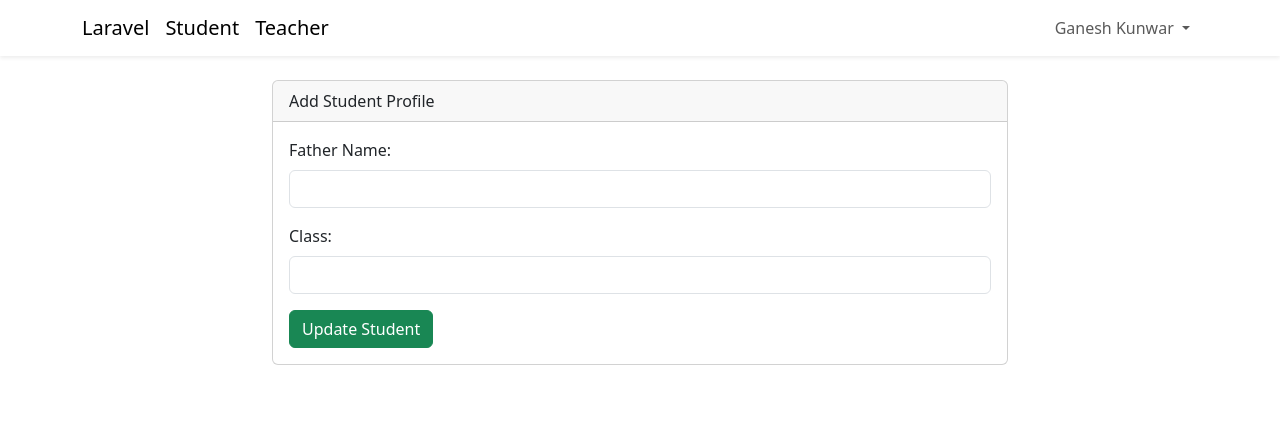
Repository: kunwarganesh07/Example
Page: http://localhost/student/profile/4
The author's editor kept a copy of each file at every save. The page is drawn from the files as they stood at one save, then again after the next save.
The browser window is 1280 px wide. The pictures show the whole page.
The page is served by the project's Laravel application, run on PHP 8.4 with Laravel 12. The first stored user is signed in. Other server files are loaded and not shown. The database holds what the project's SQL file puts in it.

Above is the page before, as saved 2025-11-17 14:32:22.

### routes/web.php
<?php


use App\Http\Controllers\HomeController;
use App\Http\Controllers\StudentController;
use App\Http\Controllers\TeacherController;
use Illuminate\Support\Facades\Auth;
use Illuminate\Support\Facades\Route;

Route::get('/', function () {
    return view('welcome');
});

Auth::routes();
Route::group(['middleware' => 'auth'], function () {
    Route::get('/home', [HomeController::class, 'index'])->name('home');
    Route::get('/student', [StudentController::class, 'index'])->name('student.index');
    Route::get('/student/create', [StudentController::class, 'create'])->name('student.create');
    Route::post('store', [StudentController::class, 'store'])->name('store');
    Route::put('update/{id}', [StudentController::class, 'update'])->name('students.update');
    Route::delete('delete/{id}', [StudentController::class, 'destroy'])->name('students.delete');

    Route::get('student/edit/{id}', [StudentController::class, 'edit'])->name('students.edit');
    Route::get('student/profile/{id}', [StudentController::class, 'profile'])->name('students.profile');

    Route::get('/teachers', [TeacherController::class, 'index'])->name('teachers.index');
    Route::get('/teachers/create', [TeacherController::class, 'create'])->name('teachers.create');
    Route::post('/teachers/store', [TeacherController::class, 'store'])->name('teachers.store');
});

### app/Http/Controllers/StudentController.php
<?php

namespace App\Http\Controllers;

use App\Models\Student;
use Illuminate\Http\Request;

class StudentController extends Controller
{
    /**
     * Display a listing of the resource.
     */
    public function index()
    {
        $student = Student::all();
        return view('student.index', compact('student'));
    }

    /**
     * Show the form for creating a new resource.
     */
    public function create()
    {
        return view('student.create');
    }

    /**
     * Store a newly created resource in storage.
     */
    public function store(Request $request)
    {
        // dd($request->all());

        $image = '';
        if ($request->hasFile('image')) {
            $image = time() . '.' . $request->image->extension();
            $request->image->move(public_path('upload/images'), $image);
        }

        $student = new Student();
        $student->name = $request->name;
        $student->contact = $request->contact;
        $student->address = $request->address;
        $student->image = $image;
        $student->save();
        return redirect()->route('student.index');
    }

    /**
     * Display the specified resource.
     */
    public function show(string $id)
    {
        //
    }

    /**
     * Show the form for editing the specified resource.
     */
    public function edit(string $id)
    {
        // dd($id);
        $student = Student::findOrfail($id);
        return view('student.edit', compact('student'));
    }

    /**
     * Update the specified resource in storage.
     */
    public function update(Request $request, string $id)
    {


        $data = Student::findOrfail($id);


        $image = $data->image;
        if ($request->hasFile('image')) {
            $image = time() . '.' . $request->image->extension();
            $request->image->move(public_path('upload/images'), $image);
        }


        $data->name = $request->name;
        $data->address = $request->address;
        $data->contact = $request->contact;
        $data->image = $image;
        $data->save();

        return redirect()->route('student.index');
    }

    /**
     * Remove the specified resource from storage.
     */
    public function destroy(string $id)
    {
        $data = Student::findOrfail($id);
        $data->delete();
        return redirect()->route('student.index');
        // dd('DELETE STUDENT');
    }

    public function profile($id)
    {
        $student = Student::findOrfail($id);
        return view('student.profile',compact('student'));
    }
}

### app/Models/Student.php
<?php

namespace App\Models;

use Illuminate\Database\Eloquent\Model;

class Student extends Model
{
    protected $fillable = ['name', 'address', 'contact'];
}

### resources/views/student/profile.blade.php
@extends('layouts.app')

@section('content')
    <div class="container">
        <div class="row justify-content-center">
            <div class="col-md-8">
                <div class="card">
                    <div class="card-header">{{ __('Add Student Profile') }}
                    </div>
                    <div class="card-body">
                        <form action="{{ route('students.update', $student->id) }}" method="POST"
                            enctype="multipart/form-data">
                            @csrf
                            @method('put')
                            <input type="hidden" name='student_id' value="{{ $student->id }}">
                            <div class="mb-3">
                                <label class="form-label">Father Name:</label>
                                <input type="text" name="father_name" class="form-control" required>
                            </div>

                            <div class="mb-3">
                                <label class="form-label">Class:</label>
                                <input type="text" name="class" class="form-control" required>
                            </div>

                            {{-- <div class="mb-3">
                                <label for="contact" class="form-label">Contact:</label>
                                <input type="text" name="contact" class="form-control" value="{{ $student->contact }}"
                                    required>
                            </div>
                            <div class="mb-3">
                                <label for="image" class="form-label">Image:</label>
                                <input type="file" name='image'>
                                <img src="{{ asset('upload/images/' . $student->image) }}" alt="" width="150px">
                            </div> --}}

                            <button type="submit" class="btn btn-success">Update Student</button>
                        </form>
                    </div>
                </div>
            </div>
        </div>
    </div>
@endsection

### resources/views/layouts/app.blade.php
<!doctype html>
<html lang="{{ str_replace('_', '-', app()->getLocale()) }}">

<head>
    <meta charset="utf-8">
    <meta name="viewport" content="width=device-width, initial-scale=1">

    <!-- CSRF Token -->
    <meta name="csrf-token" content="{{ csrf_token() }}">

    <title>{{ config('app.name', 'Laravel') }}</title>

    <!-- Fonts -->
    <link rel="dns-prefetch" href="//fonts.bunny.net">
    <link href="https://fonts.bunny.net/css?family=Nunito" rel="stylesheet">

    <link rel="stylesheet" href="https://cdn.jsdelivr.net/npm/bootstrap@5.3.8/dist/css/bootstrap.min.css">
    <script src="https://cdn.jsdelivr.net/npm/bootstrap@5.3.8/dist/js/bootstrap.bundle.min.js"></script>
    <!-- Scripts -->
    {{-- @vite(['resources/sass/app.scss', 'resources/js/app.js']) --}}
</head>

<body>
    <div id="app">
        <nav class="navbar navbar-expand-md navbar-light bg-white shadow-sm">
            <div class="container">
                @auth
                    <a class="navbar-brand" href="{{ url('/') }}">
                        {{ config('app.name', 'Laravel') }}
                    </a>
                    <a class="navbar-brand" href="{{ route('student.index') }}">
                        {{ 'Student' }}
                    </a>
                    <a class="navbar-brand" href="{{ route('teachers.index') }}">
                        {{ 'Teacher' }}
                    </a>
                @endauth
                <button class="navbar-toggler" type="button" data-bs-toggle="collapse"
                    data-bs-target="#navbarSupportedContent" aria-controls="navbarSupportedContent"
                    aria-expanded="false" aria-label="{{ __('Toggle navigation') }}">
                    <span class="navbar-toggler-icon"></span>
                </button>

                <div class="collapse navbar-collapse" id="navbarSupportedContent">
                    <!-- Left Side Of Navbar -->
                    <ul class="navbar-nav me-auto">

                    </ul>

                    <!-- Right Side Of Navbar -->
                    <ul class="navbar-nav ms-auto">
                        <!-- Authentication Links -->
                        @guest
                            @if (Route::has('login'))
                                <li class="nav-item">
                                    <a class="nav-link" href="{{ route('login') }}">{{ __('Login') }}</a>
                                </li>
                            @endif

                            @if (Route::has('register'))
                                <li class="nav-item">
                                    <a class="nav-link" href="{{ route('register') }}">{{ __('Register') }}</a>
                                </li>
                            @endif
                        @else
                            <li class="nav-item dropdown">
                                <a id="navbarDropdown" class="nav-link dropdown-toggle" href="#" role="button"
                                    data-bs-toggle="dropdown" aria-haspopup="true" aria-expanded="false" v-pre>
                                    {{ Auth::user()->name }}
                                </a>

                                <div class="dropdown-menu dropdown-menu-end" aria-labelledby="navbarDropdown">
                                    <a class="dropdown-item" href="{{ route('logout') }}"
                                        onclick="event.preventDefault();
                                                     document.getElementById('logout-form').submit();">
                                        {{ __('Logout') }}
                                    </a>

                                    <form id="logout-form" action="{{ route('logout') }}" method="POST" class="d-none">
                                        @csrf
                                    </form>
                                </div>
                            </li>
                        @endguest
                    </ul>
                </div>
            </div>
        </nav>

        <main class="py-4">
            @yield('content')
        </main>
    </div>
</body>

</html>

### example.sql (the tables this page reads)
CREATE TABLE `students` (
  `id` bigint(20) UNSIGNED NOT NULL,
  `name` varchar(255) NOT NULL,
  `contact` varchar(255) NOT NULL,
  `address` varchar(255) NOT NULL,
  `image` varchar(255) DEFAULT NULL,
  `created_at` timestamp NULL DEFAULT NULL,
  `updated_at` timestamp NULL DEFAULT NULL,
  `status` varchar(255) NOT NULL DEFAULT 'on'
) ENGINE=InnoDB DEFAULT CHARSET=utf8mb4 COLLATE=utf8mb4_unicode_ci;

INSERT INTO `students` (`id`, `name`, `contact`, `address`, `image`, `created_at`, `updated_at`, `status`) VALUES
(4, 'SFFVSDF', '4467446667', 'sdfsgrgfdg', '1763283119.png', '2025-11-16 03:06:59', '2025-11-16 03:13:44', 'on'),
(5, 'Keelie Swanson', 'Sit ab architecto ne', 'Anim sit aperiam ess', '1763369195.png', '2025-11-17 03:01:35', '2025-11-17 03:01:35', 'on'),
(6, 'Brenda Talley', 'Officiis fugit amet', 'Non quam cumque cons', '', '2025-11-19 03:49:50', '2025-11-19 03:49:50', 'on');

ALTER TABLE `students`
  ADD PRIMARY KEY (`id`);

ALTER TABLE `students`
  MODIFY `id` bigint(20) UNSIGNED NOT NULL AUTO_INCREMENT, AUTO_INCREMENT=7;

CREATE TABLE `users` (
  `id` bigint(20) UNSIGNED NOT NULL,
  `name` varchar(255) NOT NULL,
  `email` varchar(255) NOT NULL,
  `email_verified_at` timestamp NULL DEFAULT NULL,
  `password` varchar(255) NOT NULL,
  `remember_token` varchar(100) DEFAULT NULL,
  `created_at` timestamp NULL DEFAULT NULL,
  `updated_at` timestamp NULL DEFAULT NULL
) ENGINE=InnoDB DEFAULT CHARSET=utf8mb4 COLLATE=utf8mb4_unicode_ci;

INSERT INTO `users` (`id`, `name`, `email`, `email_verified_at`, `password`, `remember_token`, `created_at`, `updated_at`) VALUES
(1, 'Ganesh Kunwar', 'ganeshkunwarnp2003@gmail.com', NULL, '$2y$12$zuws5i1jBM93zn91sRiEWu6/VYwOU5F1pitrW4ArYiTwxixQ1EUNK', NULL, '2025-11-12 03:30:40', '2025-11-12 03:30:40'),
(2, 'Ganesh Kunwar', 'ganeshkunwar2003@gmail.com', NULL, '$2y$12$a4HvYa1hWIEjIiB7NMkWe.LDoonRKvDYdmrJAjtLM3ArhlO4SN0ai', NULL, '2025-11-12 03:34:18', '2025-11-12 03:34:18');

ALTER TABLE `users`
  ADD PRIMARY KEY (`id`),
  ADD UNIQUE KEY `users_email_unique` (`email`);

ALTER TABLE `users`
  MODIFY `id` bigint(20) UNSIGNED NOT NULL AUTO_INCREMENT, AUTO_INCREMENT=3;

Loaded but not shown: app/Http/Controllers/Auth/ConfirmPasswordController.php (common file); app/Http/Controllers/Controller.php (common file); app/Models/User.php (common file)

After the next save:
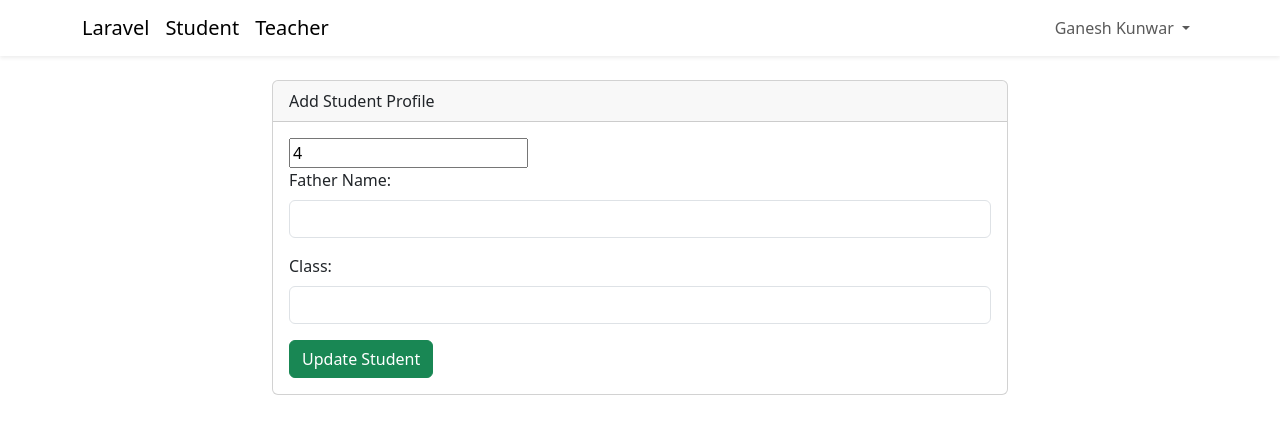
Saved 7 s later.
--- a/resources/views/student/profile.blade.php
+++ b/resources/views/student/profile.blade.php
@@ -12,7 +12,7 @@
                             enctype="multipart/form-data">
                             @csrf
                             @method('put')
-                            <input type="hidden" name='student_id' value="{{ $student->id }}">
+                            <input type="text" name='student_id' value="{{ $student->id }}">
                             <div class="mb-3">
                                 <label class="form-label">Father Name:</label>
                                 <input type="text" name="father_name" class="form-control" required>

After the save that followed:
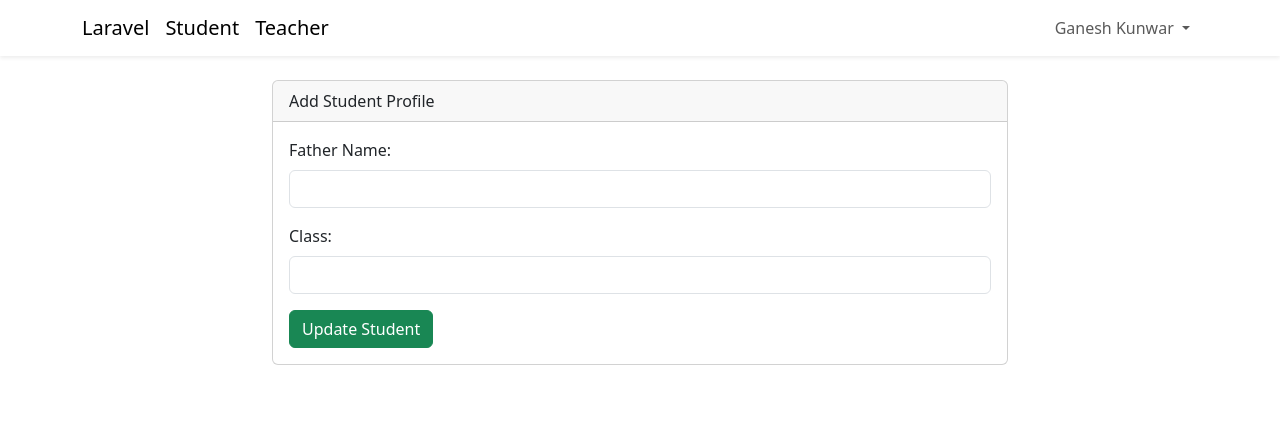
Saved 19 s later.
--- a/resources/views/student/profile.blade.php
+++ b/resources/views/student/profile.blade.php
@@ -12,7 +12,7 @@
                             enctype="multipart/form-data">
                             @csrf
                             @method('put')
-                            <input type="text" name='student_id' value="{{ $student->id }}">
+                            <input type="hidden" name='student_id' value="{{ $student->id }}">
                             <div class="mb-3">
                                 <label class="form-label">Father Name:</label>
                                 <input type="text" name="father_name" class="form-control" required>
